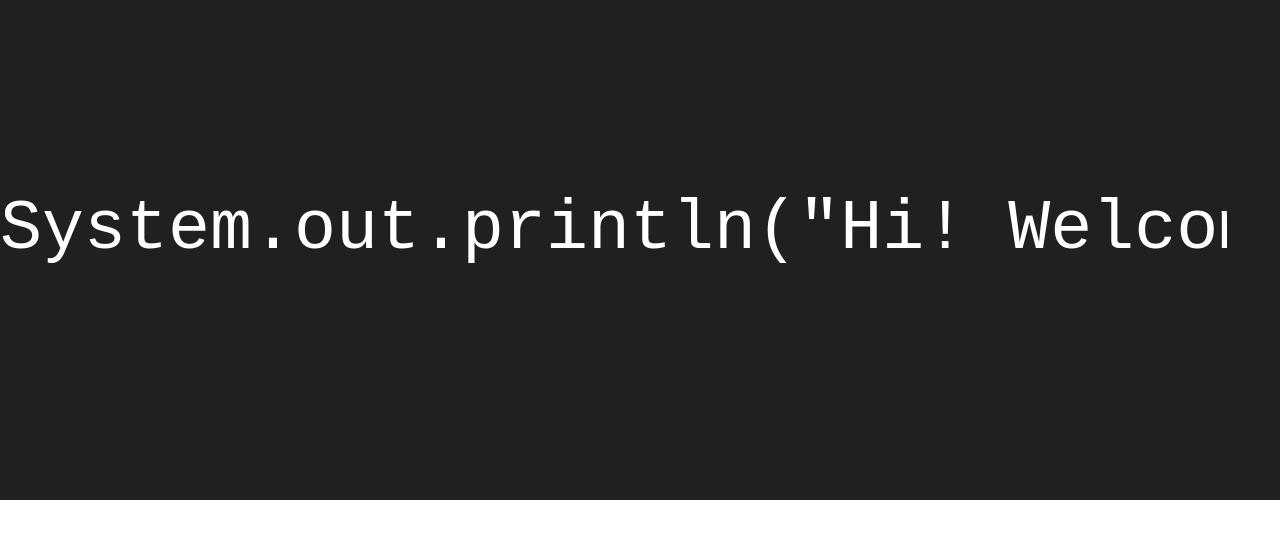
Repository: janry-gracia/Divinagracia_FinalProject
Page: Pages/storyofmylife.html
The author's editor kept a copy of each file at every save. The page is drawn from the files as they stood at one save, then again after a run of saves.
The browser window is 1280 px wide. The pictures show the whole page.

Above is the page before, as saved 2021-05-17 23:54:15.
Console error: TypeError: Cannot read properties of null (reading 'addEventListener')

### Pages/storyofmylife.html
<!DOCTYPE html>
<html lang="en">
<head>
    <meta charset="UTF-8">
    <meta http-equiv="X-UA-Compatible" content="IE=edge">
    <meta name="viewport" content="width=device-width, initial-scale=1.0">
    <title>Story of My Life</title>
    <link rel="stylesheet" href="/css/bootstrap.css">
    <link rel="stylesheet" href="/css/storyofmylife.css">
</head>
<body>

    <div class="container-fluid ">

        <div class="container-fluid message">
            <p class="message typewriter">System.out.println("Hi! Welcome to my LIFE.")</p>
        </div>

        <nav class="nav navbar-expand-md position-sticky"></nav>
        <div class="container "></div>



    </div>


    <script src ="/js/jquery-3.6.0.min.js"></script>
    <script src="/js/bootstrap.js"></script>
    <script src="/js/script.js"></script>

</body>
</html>

### css/storyofmylife.css
@import url('https://fonts.googleapis.com/css2?family=Fira+Code:wght@300;400;500&display=swap');

*{
    padding: 0;
    margin: 0;
    box-sizing: border-box;
}

html, body{
    height: 100%;
    width: 100%;
    overflow: hidden;

}

.container-fluid{
    padding: 0;
    margin: 0;
    box-sizing: border-box;
}

div.message{
    height: 500px;
    background-color: rgb(32, 32, 32);
    text-align: center;

}

p.message{
    margin-top: 180px;
    font-family: 'Fire Code', monospace;
    font-size: 5em;
    font-weight: 200;
    color: white;
    border-right: solid 2px rgb(255, 255, 255);
    white-space: nowrap;
    overflow: hidden;
    animation: animated-text 4s steps(45,end) 1s 1 normal both ,
               animated-cursor 1000ms steps(45,end) infinite alternate;
}



  /* Animation */
  @keyframes animated-text{
    from{width: 0%;}
    to{width: 96%;}
  }

  /* cursor animations */

  @keyframes animated-cursor{
    from{border-right-color: rgb(255, 255, 255);}
    to{border-right-color: transparent;}
  }

### js/script.js
let btn1= document.querySelector(".box1");
let btn2 = document.querySelector(".box2");
let text = document.querySelector(".greeting");
let frontpage = document.querySelector(".frontpage");
let secondpage = document.querySelector(".secondpage");
let button = document.querySelector(".button");
let logo = document.querySelector(".logo");



btn1.addEventListener("click", function() {
    btn1.classList.add("box1transition");
    btn1.style.transition = "transform 3s";
    btn2.classList.add("box2transition");
    btn2.style.transition = "transform 3s";
    text.style.animationName = "hidecontent";

    setTimeout(function () {
        window.open('Pages/backpage.html', '_self');
    }, 2500);

});


btn2.addEventListener("click", function() {
    btn1.classList.add("box1transition");
    btn1.style.transition = "transform 3s";
    btn2.classList.add("box2transition");
    btn2.style.transition = "transform 3s";
    text.style.animationName = "hidecontent";
    setTimeout(function () {
        window.open('Pages/backpage.html', '_self');
    }, 2500);

});


text.addEventListener("click", function() {
    btn1.classList.add("box1transition");
    btn1.style.transition = "transform 3s";
    btn2.classList.add("box2transition");
    btn2.style.transition = "transform 3s";
    text.style.animationName = "hidecontent";
    setTimeout(function () {
        window.open('Pages/backpage.html', '_self');
    }, 2500);

});

Loaded but not shown: css/bootstrap.css (library); js/jquery-3.6.0.min.js (library); js/bootstrap.js (library)

After the next 3 saves:
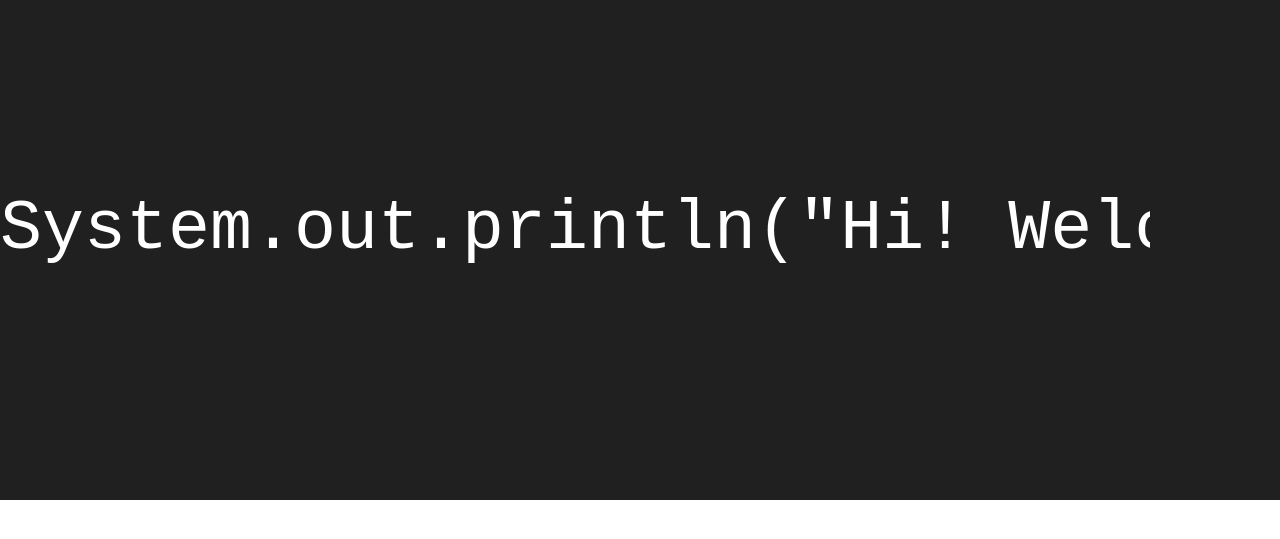
The 3 saves are shown as one change because they came seconds apart.
The last was saved 10 s later.
--- a/css/storyofmylife.css
+++ b/css/storyofmylife.css
@@ -44,7 +44,7 @@ p.message{
   /* Animation */
   @keyframes animated-text{
     from{width: 0%;}
-    to{width: 96%;}
+    to{width: 90%;}
   }
 
   /* cursor animations */
